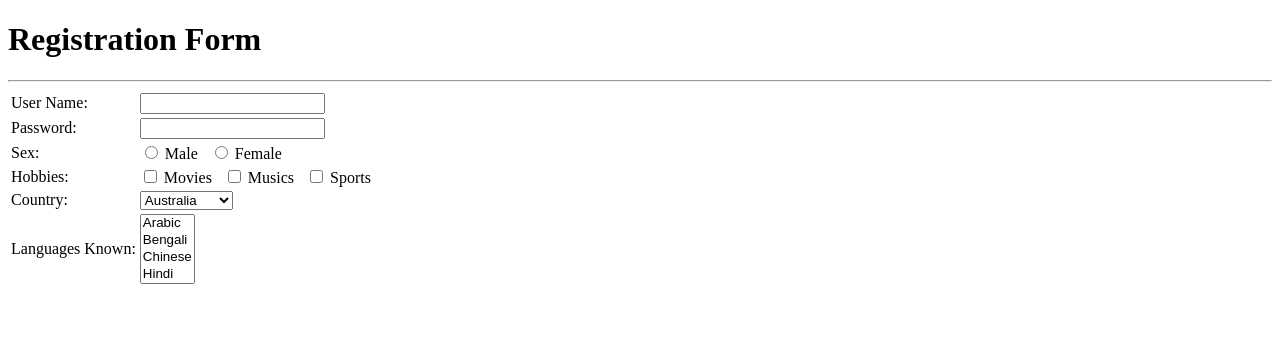
Repository: NazHaq/JavaDevelomentDemo
Page: JavaWebPage/WebApp-01/WebContent/Register.html
The author's editor kept a copy of each file at every save. The page is drawn from the files as they stood at one save, then again after the next save.
The browser window is 1280 px wide. The pictures show the whole page.

Above is the page before, as saved 2016-12-19 03:06:57.

After the next save:
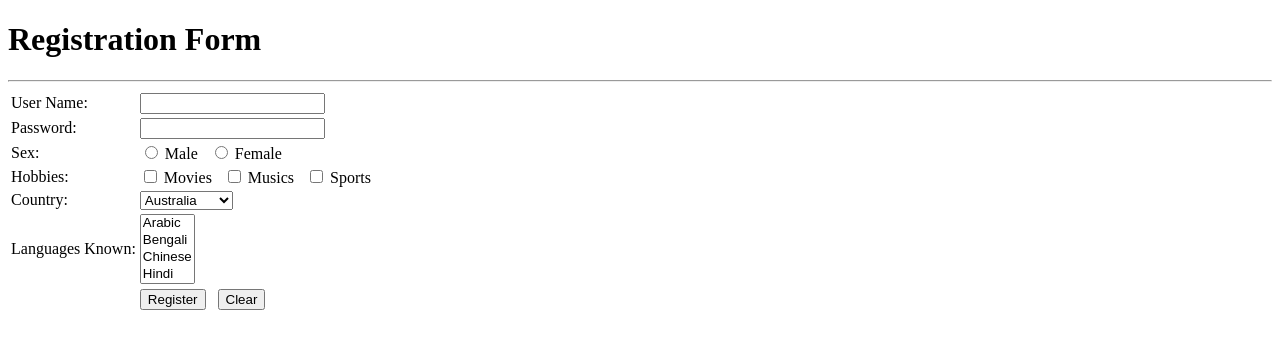
Saved 6 min 12 s later.
--- a/JavaWebPage/WebApp-01/WebContent/Register.html
+++ b/JavaWebPage/WebApp-01/WebContent/Register.html
@@ -58,15 +58,17 @@
 <option value="Hindi">Hindi</option>
 <option value="Urdhu">Urdhu</option>
 <option value="English">English</option>
+</select>
+</td>
+</tr>
 
-
-</select>
-
-</td>
+<tr>
+<td>&nbsp</td>
+<td><input type="submit" value="Register" name="btnRegister"/> &nbsp;
+<input type="reset" value="Clear" name="btnClear"/>
 
 
 </tr>
-
 
 </tbody>
 
